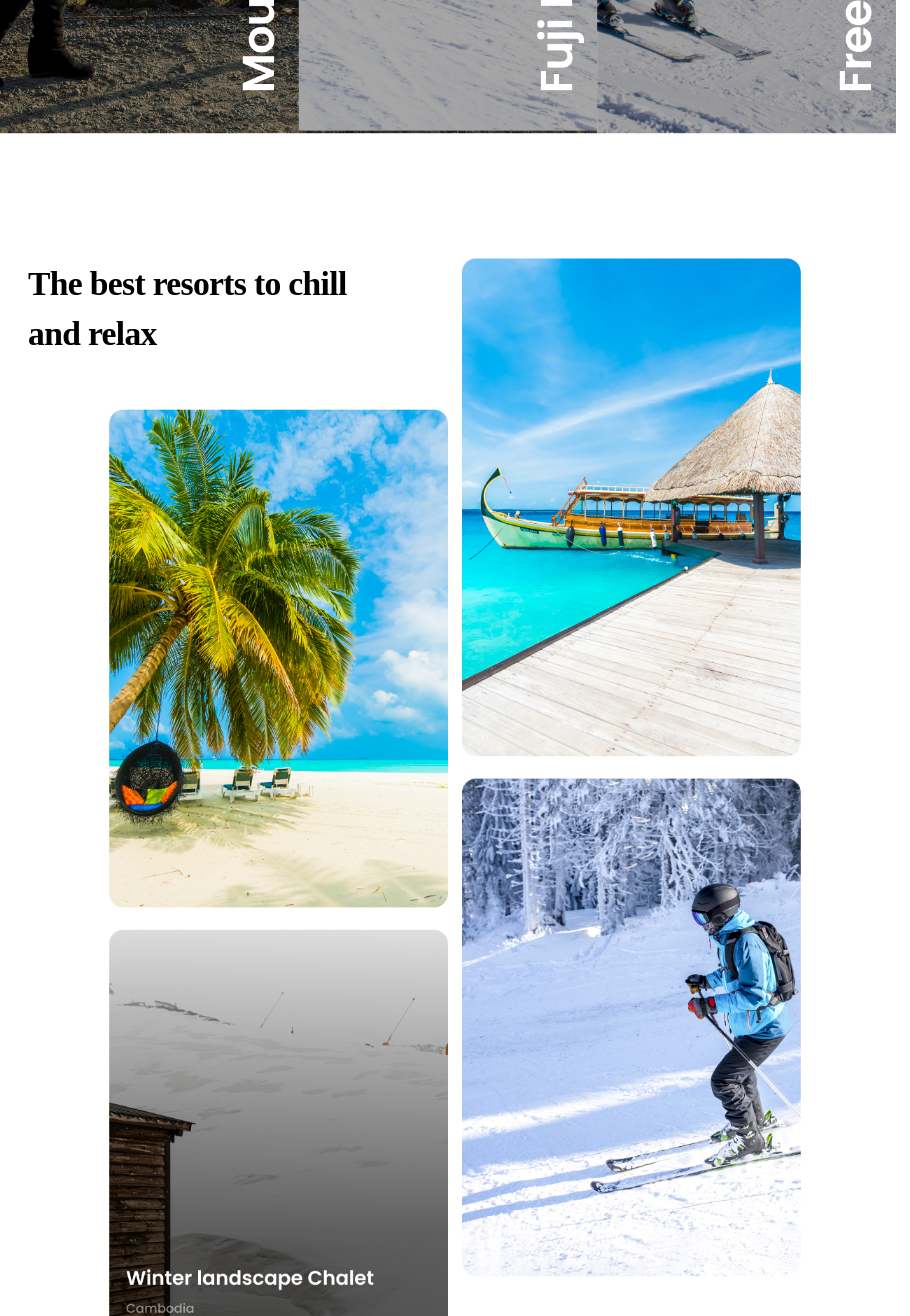
Repository: swissjake/arctic-travel-agency
Page: /
The author's editor kept a copy of each file at every save. The page is drawn from the files as they stood at one save, then again after a run of saves.
The browser window is 1280 px wide. The page is 1300 px wide, so the pictures cover 1300 px, including what lies to the right of the window. The pictures show the part of the page from y = 2436 to 4316 px (the page is 6009 px tall), at 70% of full size.
The project was rebuilt for these pictures with package versions that can differ from the ones it lists, and the page was loaded fresh each time. Also part of the build but not shown: src/App.css.

Above is the page before, as saved 2022-05-04 17:46:42.

After the next 3 saves:
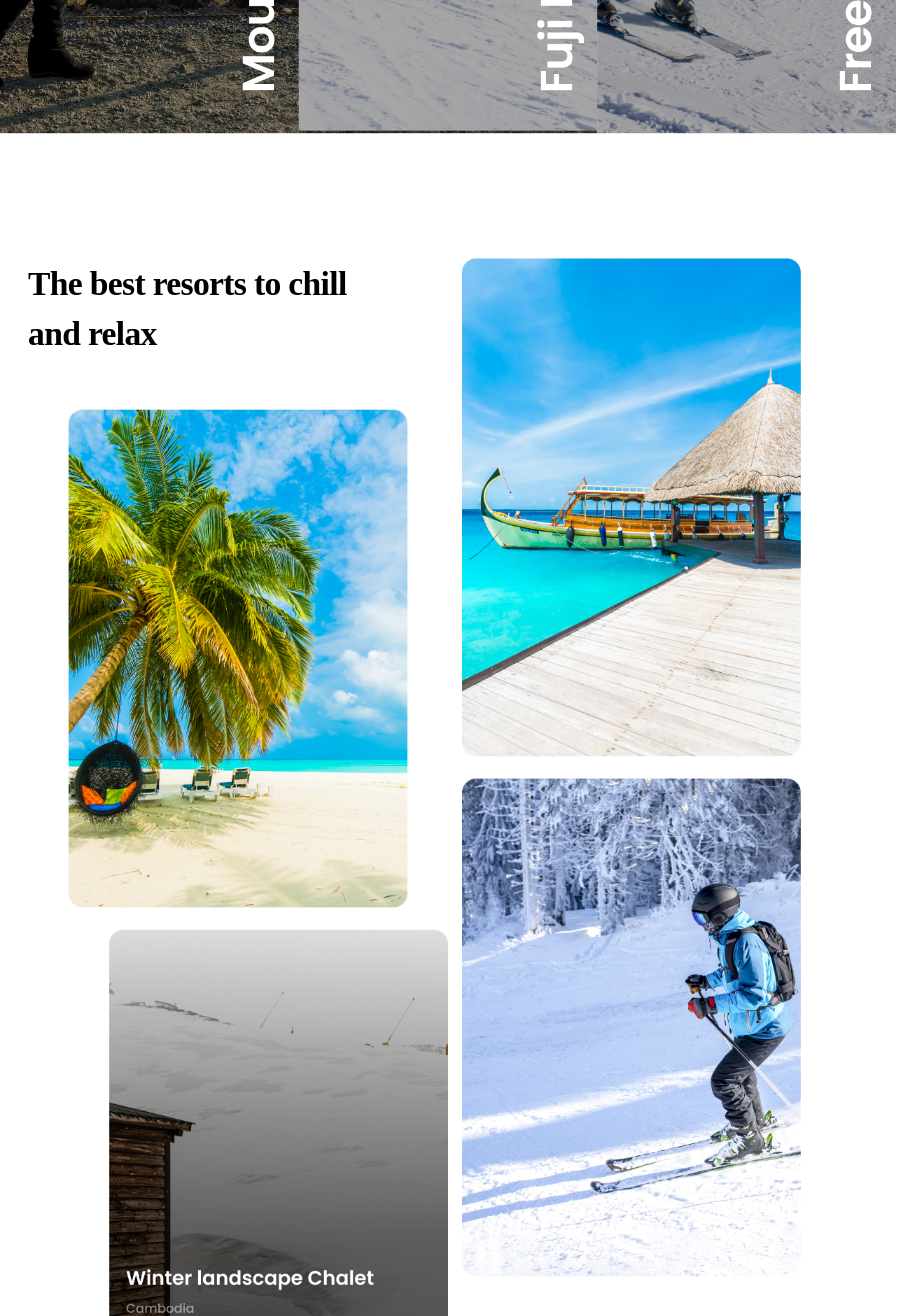
The 3 saves are shown as one change because they came seconds apart.
The last was saved 18 s later.
--- a/src/components/Resort/Resort.tsx
+++ b/src/components/Resort/Resort.tsx
@@ -12,7 +12,7 @@ const Resort = () => {
   <div className="flex-1">
   <p className="text-[3rem] md:w-[80%] w-full mb-[4.5rem] font-[600] tracking-[-0.02em]">The best resorts to chill and relax</p>
   <div className="w-full md:flex justify-end flex-wrap">
-  <img src={picture1} className="mb-[32px]" alt="" />
+  <img src={picture1} className="mb-[32px] mx-auto" alt="" />
 <img src={picture2} className="mb-[32px]" alt="" />
   </div>
 
